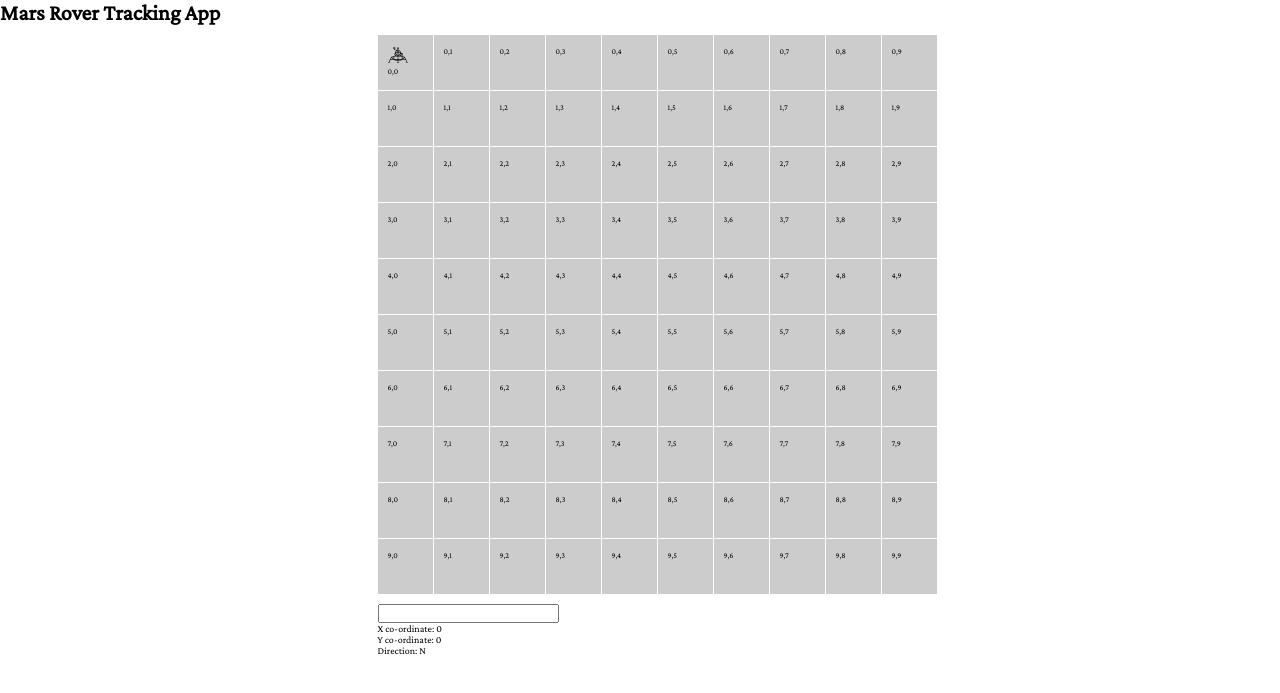
Repository: madhurisandbhor/Rover-Tracking-App
Page: /
The author's editor kept a copy of each file at every save. The page is drawn from the files as they stood at one save, then again after the next save.
The browser window is 1280 px wide. The pictures show the whole page.
The project was rebuilt for these pictures with package versions that can differ from the ones it lists, and the page was loaded fresh each time.

Above is the page before, as saved 2021-09-06 19:18:05.

### public/index.html
<!DOCTYPE html>
<html lang="en">
  <head>
    <meta charset="utf-8" />
    <link rel="icon" href="%PUBLIC_URL%/favicon.ico" />
    <meta name="viewport" content="width=device-width, initial-scale=1" />
    <meta name="theme-color" content="#000000" />
    <meta
      name="Mars Rover Tracking"
      content="Web site created using create-react-app"
    />
    <link rel="apple-touch-icon" href="%PUBLIC_URL%/logo192.png" />
    <!--
      manifest.json provides metadata used when your web app is installed on a
      user's mobile device or desktop. See https://developers.google.com/web/fundamentals/web-app-manifest/
    -->
    <link rel="manifest" href="%PUBLIC_URL%/manifest.json" />
    <!--
      Notice the use of %PUBLIC_URL% in the tags above.
      It will be replaced with the URL of the `public` folder during the build.
      Only files inside the `public` folder can be referenced from the HTML.

      Unlike "/favicon.ico" or "favicon.ico", "%PUBLIC_URL%/favicon.ico" will
      work correctly both with client-side routing and a non-root public URL.
      Learn how to configure a non-root public URL by running `npm run build`.
    -->
    <title>Rover Tracking App</title>
  </head>
  <body>
    <noscript>You need to enable JavaScript to run this app.</noscript>
    <div id="root"></div>
    <!--
      This HTML file is a template.
      If you open it directly in the browser, you will see an empty page.

      You can add webfonts, meta tags, or analytics to this file.
      The build step will place the bundled scripts into the <body> tag.

      To begin the development, run `npm start` or `yarn start`.
      To create a production bundle, use `npm run build` or `yarn build`.
    -->
    <link href="https://fonts.googleapis.com/css2?family=Crimson+Pro&display=swap" rel="stylesheet">
  </body>
</html>

### src/App.js
import './App.css'
import Grid from './Grid'

const header = {
  fontSize: '22px',
  fontWeight: 'bold',
}

function App() {
  return (
    <div className="App">
      <header style={header}>Mars Rover Tracking App</header>
      <Grid />
    </div>
  )
}

export default App

### src/App.css
* {
  margin: 0;
  padding: 0;
  box-sizing: border-box;
}

html {
  font-size: 62.5%;
  /* 1rem = 10px = 62.5% of default(16px) */
}

@media (max-width: 600px) {
  html {
    font-size: 50%; /* 1rem = 8px 50% of default(16px) */
  }
}

html,
body {
  height: 100vh;
  width: 100vw;
  overflow-x: hidden;
  font-family: "Crimson Pro", serif;
}

### src/Grid.jsx
import React, { useState, useEffect } from 'react'
import { maxY, maxX, x, y, d } from './constants'
import testGrid from './testGrid'
import roverIcon from './svg/rover-icon.svg'

const wrapper = {
  width: '41%',
  margin: '1rem auto',
}

const grid = {
  margin: '1rem auto',
  display: 'grid',
  gridTemplateColumns: `repeat(${maxY + 1}, 5.5rem)`,
  gridTemplateRows: `repeat(${maxX + 1}, 5.5rem)`,
  gridGap: '0.1rem',
}

const itemStyle = {
  padding: '1rem',
  backgroundColor: '#ccc',
}

const itemSpan = {
  fontSize: '0.8rem',
}

const roverImg = {
  width: '2rem',
  height: '2rem',
  alignText: 'center',
}

const Grid = () => {
  const gridLength = (maxX + 1) * (maxY + 1)
  const totalItems = Array(gridLength).fill()
  const [input, setInput] = useState('')
  const [roverXPosition, setRoverXPosition] = useState(x)
  const [roverYPosition, setRoverYPosition] = useState(y)
  const [roverDirection, setRoverDirection] = useState(d)
  const [transformProp, setTransformProp] = useState()

  useEffect(() => {
    const result = testGrid(input)
    setRoverXPosition(result[0]) // X-position
    setRoverYPosition(result[1]) // y-position
    setRoverDirection(result[2]) // direction

    if (roverDirection === 'N') setTransformProp('rotate(0deg)')
    else if (roverDirection === 'E') setTransformProp('rotate(90deg)')
    else if (roverDirection === 'S') setTransformProp('rotate(180deg)')
    else if (roverDirection === 'W') setTransformProp('rotate(-90deg)')
  }, [input, roverDirection])

  return (
    <div style={wrapper}>
      <div style={grid}>
        {totalItems.map((item, index) => (
          <div key={index} style={itemStyle}>
            {roverXPosition * 10 + roverYPosition === index && (
              <div style={roverImg}>
                <img
                  style={{ width: '100%', transform: transformProp }}
                  src={roverIcon}
                  alt="rover"
                />
              </div>
            )}
            <span style={itemSpan}>
              {Math.floor(index / 10)},{index % 10}
            </span>
          </div>
        ))}
      </div>
      <input
        name="inputString"
        value={input}
        onChange={(event) => setInput(event.target.value)}
      />
      <div>
        <div>X co-ordinate: {roverXPosition}</div>
        <div>Y co-ordinate: {roverYPosition}</div>
        <div> Direction: {roverDirection}</div>
      </div>
    </div>
  )
}

export default Grid

### src/constants.js
export const x = 0, y = 0, maxX = 9, maxY = 9;
export const d = 'N';
export const directionsToRight = ['N', 'E', 'S', 'W']
export const directionsToLeft = ['N', 'W', 'S', 'E']

### src/testGrid.js
import {
  x,
  y,
  d,
  directionsToRight,
  directionsToLeft,
  maxX,
  maxY,
} from './constants'

const testGrid = (testString) => {
  const roverPosition = [x, y, d]
  const testArr = testString.split('')

  for (let i = 0; i < testArr.length; i++) {
    if (testArr[i] === 'r') {
      let currDirIndex = directionsToRight.findIndex(
        (item) => item === roverPosition[2]
      )
      if (currDirIndex > -1 && currDirIndex < 3)
        roverPosition[2] = directionsToRight[currDirIndex + 1]
      else roverPosition[2] = directionsToRight[0]
    } else if (testArr[i] === 'l') {
      let currDirIndex = directionsToLeft.findIndex(
        (item) => item === roverPosition[2]
      )
      if (currDirIndex > -1 && currDirIndex < 3)
        roverPosition[2] = directionsToLeft[currDirIndex + 1]
      else roverPosition[2] = directionsToLeft[0]
    } else if (testArr[i] === 'f') {
      if (roverPosition[2] === 'E') {
        if (roverPosition[1] < maxY) roverPosition[1]++
        else roverPosition[1] = 0
      } else if (roverPosition[2] === 'S') {
        if (roverPosition[0] < maxX) roverPosition[0]++
        else roverPosition[0] = 0
      } else if (roverPosition[2] === 'N') {
        if (roverPosition[0] <= 0) roverPosition[0] = maxX
        else roverPosition[0]--
      } else if (roverPosition[2] === 'W') {
        if (roverPosition[1] <= 0) roverPosition[1] = maxY
        else roverPosition[1]--
      }
    }
  }

  return roverPosition
}

export default testGrid

Loaded but not shown: src/index.js (common file); src/index.css (common file)

After the next save:
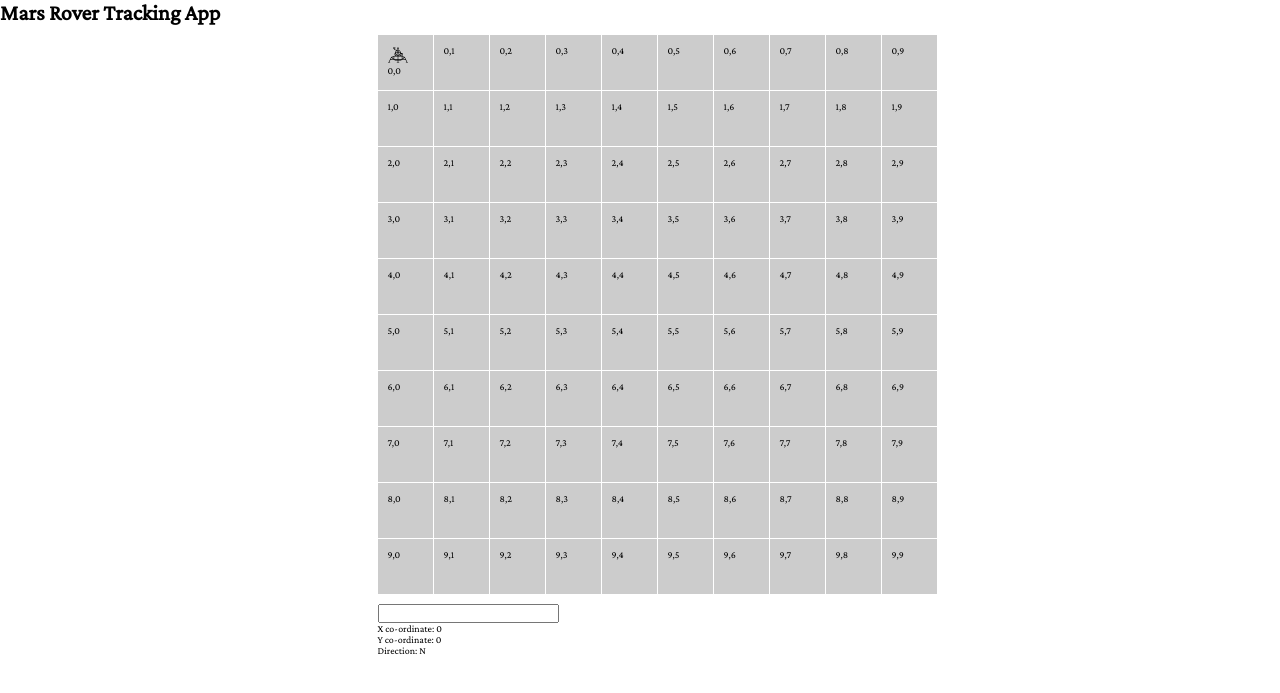
Saved 16 s later.
--- a/src/Grid.jsx
+++ b/src/Grid.jsx
@@ -22,7 +22,7 @@ const itemStyle = {
 }
 
 const itemSpan = {
-  fontSize: '0.8rem',
+  fontSize: '1rem',
 }
 
 const roverImg = {
